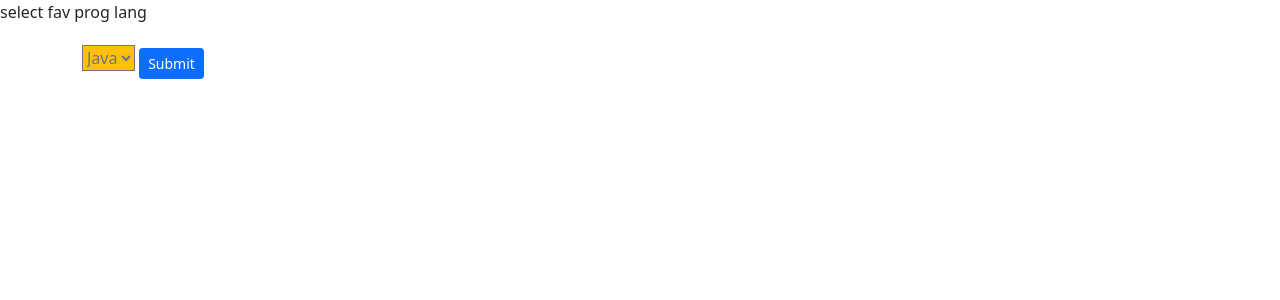
Repository: shivamaninalla/Bank-Application-JSP
Page: http://localhost/03-jsp-form2/cookie.jsp
An editor plug-in stored every save of this project. The page is shown before and after the next save, followed by the edit.
The browser window is 1280 px wide. The pictures show the whole page.
The page is served by Tomcat 9. Other server files are loaded and not shown.

Above is the page before, as saved 2024-07-15 15:06:10.

### 03-jsp-form2/WebContent/cookie.jsp
<%@ page language="java" contentType="text/html; charset=ISO-8859-1"
    pageEncoding="ISO-8859-1"%>
<!DOCTYPE html>
<html>
<head>
<meta charset="ISO-8859-1">
<title>Insert title here</title>
<link href="https://cdn.jsdelivr.net/npm/bootstrap@5.0.2/dist/css/bootstrap.min.css" rel="stylesheet" integrity="sha384-EVSTQN3/azprG1Anm3QDgpJLIm9Nao0Yz1ztcQTwFspd3yD65VohhpuuCOmLASjC" crossorigin="anonymous">
<script src="https://cdn.jsdelivr.net/npm/bootstrap@5.0.2/dist/js/bootstrap.bundle.min.js" integrity="sha384-MrcW6ZMFYlzcLA8Nl+NtUVF0sA7MsXsP1UyJoMp4YLEuNSfAP+JcXn/tWtIaxVXM" crossorigin="anonymous"></script>
</head>
<body>
<p>select fav prog lang</p>
  <form action="cookieresponse.jsp", method="get">
  <div class="container">
  <select class="bg-warning text-secondary"name="fl" id="">
      <option value="java">Java</option>
      <option value="C++">C++</option>
      <option value="C">C</option>
    </select>
   <!-- <input class="text-primary bg-danger" type="submit" value="
    submit"> -->
    <input class="btn btn-primary btn-sm mt-2" type="submit" value="Submit">
  </div>

  </form>


</body>
</html>

After the next save:
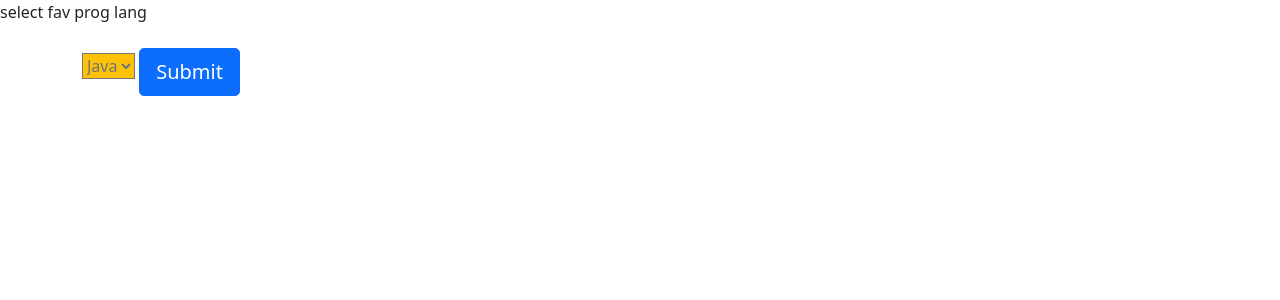
Saved 32 s later.
--- a/03-jsp-form2/WebContent/cookie.jsp
+++ b/03-jsp-form2/WebContent/cookie.jsp
@@ -19,7 +19,7 @@
     </select>
    <!-- <input class="text-primary bg-danger" type="submit" value="
     submit"> -->
-    <input class="btn btn-primary btn-sm mt-2" type="submit" value="Submit">
+    <input class="btn btn-primary btn-lg mt-2" type="submit" value="Submit">
   </div>
 
   </form>

After the save that followed:
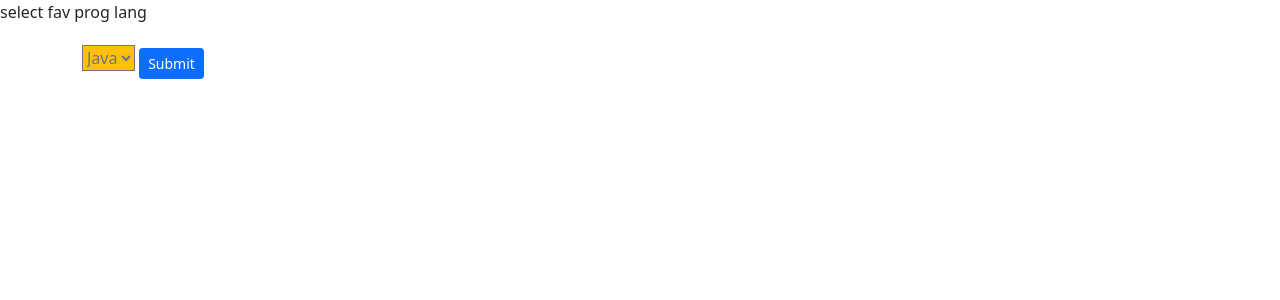
Saved 9 s later.
--- a/03-jsp-form2/WebContent/cookie.jsp
+++ b/03-jsp-form2/WebContent/cookie.jsp
@@ -19,7 +19,7 @@
     </select>
    <!-- <input class="text-primary bg-danger" type="submit" value="
     submit"> -->
-    <input class="btn btn-primary btn-lg mt-2" type="submit" value="Submit">
+    <input class="btn btn-primary btn-sm mt-2" type="submit" value="Submit">
   </div>
 
   </form>
